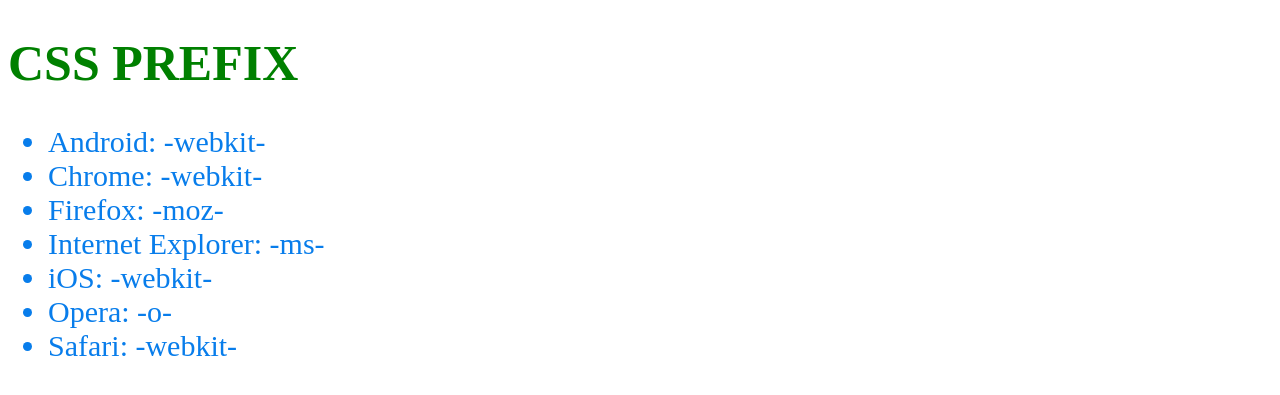
Repository: phanvu0103/HTML-CSS
Page: CSS_21_Prefix/index.html
These files come from the project's save history. The page is drawn as it stood at one moment and after the next save; the edit follows.
The browser window is 1280 px wide. The pictures show the whole page.

Above is the page before, as saved 2022-09-30 21:35:21.

After the next save:
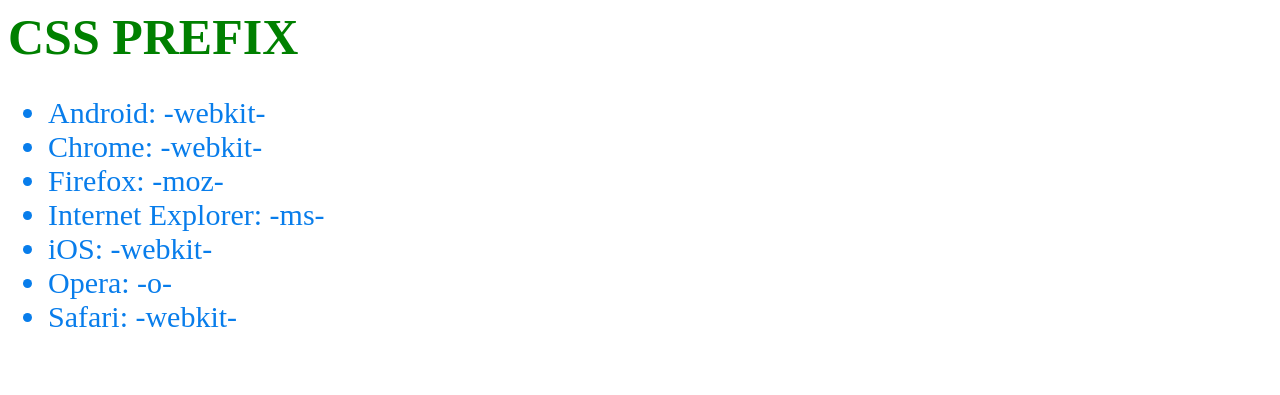
Saved 5 min 33 s later.
--- a/CSS_21_Prefix/style.css
+++ b/CSS_21_Prefix/style.css
@@ -1,6 +1,7 @@
 h1 {
   color: green;
   font-size: 50px;
+  margin: 0 auto;
   user-select: none;
   -webkit-user-select: none;
   -moz-user-select: none;
@@ -10,7 +11,7 @@
   ko cho bôi đen chữ trên web
   với thuộc tính này thì những trang web mới
   còn trang web  cũ ko thể ta phải thêm:border:
-  -webkit-user-select: none;
+  -webkit-user-select: none....v..
 
    */
 }

After the save that followed:
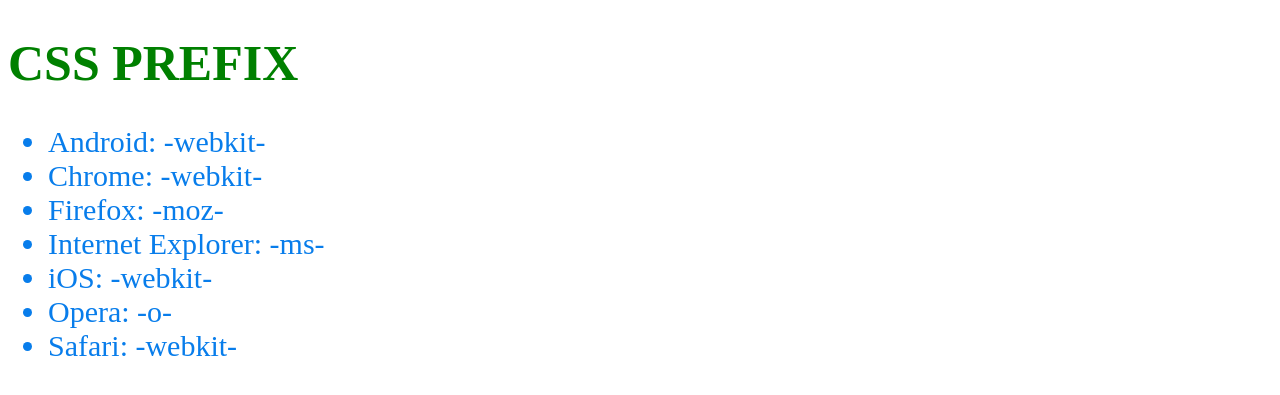
Saved 14 s later.
--- a/CSS_21_Prefix/style.css
+++ b/CSS_21_Prefix/style.css
@@ -1,7 +1,6 @@
 h1 {
   color: green;
   font-size: 50px;
-  margin: 0 auto;
   user-select: none;
   -webkit-user-select: none;
   -moz-user-select: none;
